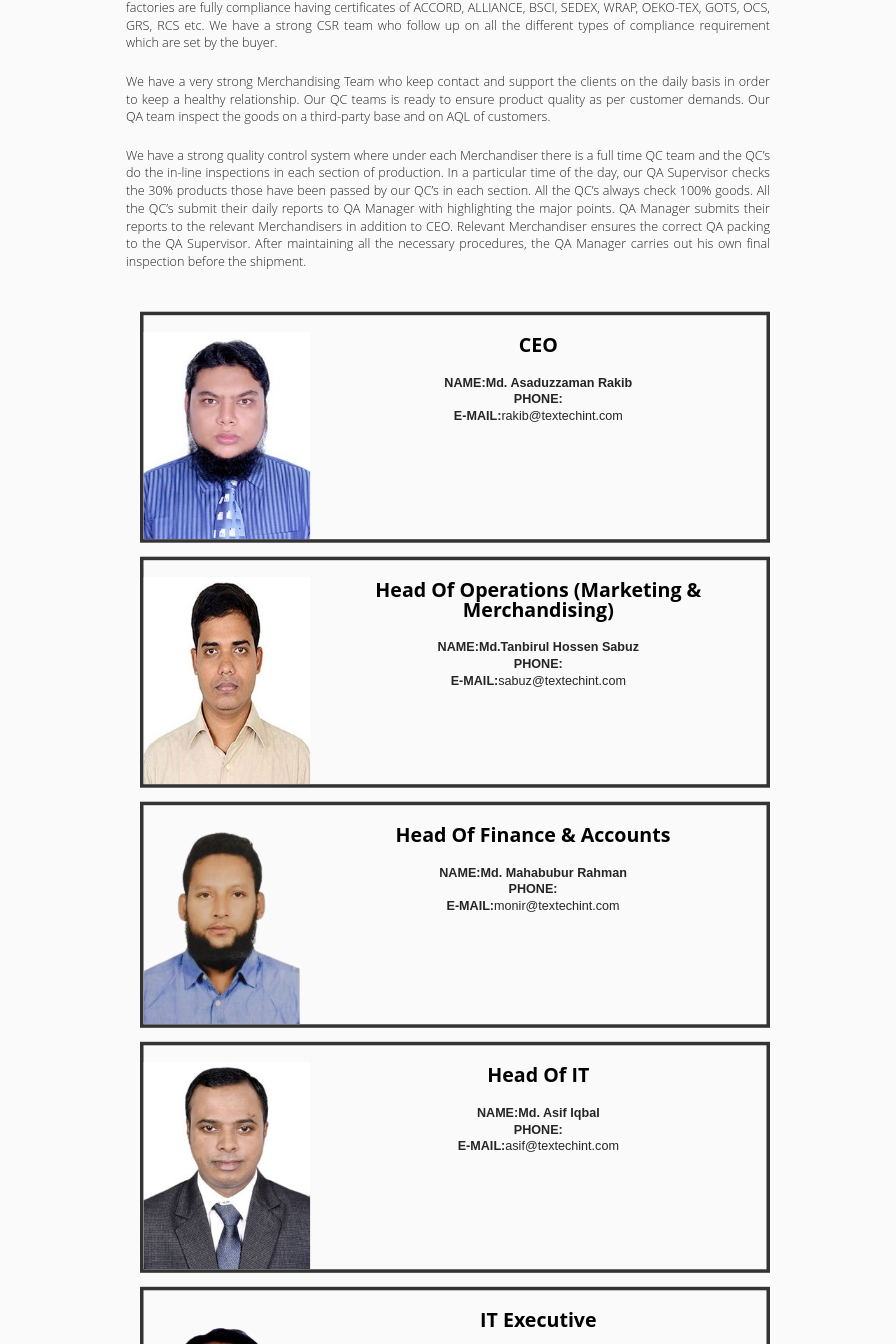
Repository: asifdotpy/textechint
Page: index.html
These files come from the project's save history. The page is drawn as it stood at one moment and after the next save; the edit follows.
The browser window is 1280 px wide. The pictures show the part of the page from y = 526 to 2446 px (the page is 4251 px tall), at 70% of full size.

Above is the page before, as saved 2021-03-02 17:59:35.

### index.html
<!doctype html>
<html>
<head>
	<meta charset="UTF-8">
	<meta name="viewport" content="width=device-width, initial-scale=1.0">
	<title>Home - Tex Tech International</title>
	<link rel="stylesheet" type="text/css" href="css/style.css">
	<link rel="stylesheet" type="text/css" href="css/mobile.css" media="screen and (max-width : 568px)">
	<link rel="shortcut icon" href="/favicon.ico">
	<script type="text/javascript" src="js/mobile.js"></script>
</head>
<body>
	<div id="header">
		<ul id="navigation">
			<li>
				<a href="home.html">home</a>
			</li>
			<li class="selected">
				<a href="index.html">our company</a>
			</li>
			<li>
				<a href="gallery.html">Our Products and services
				</a>
			</li>
			<li>
				<a href="about.html">career opportunity</a>
			</li>
			<li>
				<a href="blog.html">faq</a>
			</li>
			<li>
				<a href="contact.html">contact us</a>
			</li>
		</ul>
	</div>
	<div id="body" style="padding-top: 30px;">
		<div class='intro'>
			<h1>About us</h1>
			<div class="main">
			<p><strong style="color: blue;">Tex Tech International</strong> is working as a Buying & Trading house in the field of RMG, Home Textile, Leather Products, Handicraft Items & other Consumers’ Products in Bangladesh. Our major concern is to play our role as a buying house of our customers. One of our primary responsibilities as a buying house is to assure that the product purchased and released for shipment conforms to be customer’s requirements.</p>
			<p>Our goal is to provide our clients with high-quality products that meet their quality expectations.
				<strong style="color: blue;">Tex Tech International</strong> employs Quality Assurance staff to assist in the selection of manufacturers who manufacture products according to Standards set by our policy, principles, and guidelines.</p>
			<p><strong style="color: blue;">Tex Tech International</strong> is a leading Buyer’s agent / representative and garments exporter in Bangladesh. We have our own sourcing office in China, Italy, Netherlands, Canada & Australia.</p>
			<p>We have 100+ associated factories from where we can assure quality and final products. All the associated factories are fully compliance having certificates of ACCORD, ALLIANCE, BSCI, SEDEX, WRAP, OEKO-TEX, GOTS, OCS, GRS, RCS etc. We have a strong CSR team who follow up on all the different types of compliance requirement which are set by the buyer.</p>
			<p>We have a very strong Merchandising Team who keep contact and support the clients on the daily basis in order to keep a healthy relationship. Our QC teams is ready to ensure product quality as per customer demands. Our QA team inspect the goods on a third-party base and on AQL of customers.</p>
			<p>We have a strong quality control system where under each Merchandiser there is a full time QC team and the QC’s do the in-line inspections in each section of production. In a particular time of the day, our QA Supervisor checks the 30% products those have been passed by our QC’s in each section. All the QC’s always check 100% goods. All the QC’s submit their daily reports to QA Manager with highlighting the major points. QA Manager submits their reports to the relevant Merchandisers in addition to CEO. Relevant Merchandiser ensures the correct QA packing to the QA Supervisor. After maintaining all the necessary procedures, the QA Manager carries out his own final inspection before the shipment.</p>
			</p>
			</div>

		</div>

		<div class='heroes'>
		<ul>
			<div class="post-container">
				<div class="post-thumb"><img src="images/rakib.jpg" /></div>
				<div class="post-content">
					<h3 class="post-title">CEO</h3>
					<p><b>NAME:Md. Asaduzzaman Rakib</b></p>
					<p><b>PHONE:</b></p>
					<p><b>E-MAIL:</b>rakib@textechint.com</p>
			   </div>
			</div>
			<div class="post-container">
				<div class="post-thumb"><img src="images/sabuz.jpg" /></div>
				<div class="post-content">
					<h3 class="post-title">Head Of Operations (Marketing & Merchandising)</h3>
					<p><b>NAME:Md.Tanbirul Hossen Sabuz</b></p>
					<p><b>PHONE:</b></p>
					<p><b>E-MAIL:</b>sabuz@textechint.com</p>
			   </div>
			</div>
			<div class="post-container">
				<div class="post-thumb"><img src="images/monir.jpg" /></div>
				<div class="post-content">
					<h3 class="post-title">Head Of Finance & Accounts</h3>
					<p><b>NAME:Md. Mahabubur Rahman</b></p>
					<p><b>PHONE:</b></p>
					<p><b>E-MAIL:</b>monir@textechint.com</p>
			   </div>
			</div>
			<div class="post-container">
				<div class="post-thumb"><img src="images/asif.jpg" /></div>
				<div class="post-content">
					<h3 class="post-title">Head Of IT</h3>
					<p><b>NAME:Md. Asif Iqbal</b></p>
					<p><b>PHONE:</b></p>
					<p><b>E-MAIL:</b>asif@textechint.com</p>
			   </div>
			</div>
			<div class="post-container">
				<div class="post-thumb"><img src="images/apu.jpg" /></div>
				<div class="post-content">
					<h3 class="post-title">IT Executive</h3>
					<p><b>NAME:Apu Chowdhury</b></p>
					<p><b>PHONE:</b></p>
					<p><b>E-MAIL:</b>apu@textechint.com</p>
			   </div>
			</div>
			<div class="post-container">
				<div class="post-thumb"><img src="images/akib1.jpeg" /></div>
				<div class="post-content">
					<h3 class="post-title">Country Manager - Netherlands 🇳🇱</h3>
					<p><b>NAME:Md. Kamruzzaman Akib</b></p>
					<p><b>PHONE:</b></p>
					<p><b>E-MAIL:</b></p>
			   </div>
			</div>
			<div class="post-container">
				<div class="post-thumb"><img src="images/sayed1.jpg" /></div>
				<div class="post-content">
					<h3 class="post-title">SR. Merchandiser</h3>
					<p><b>NAME:Md. Abu Sayeed</b></p>
					<p><b>PHONE:</b></p>
					<p><b>E-MAIL:</b>syeed@textechint.com</p>
			   </div>
			</div>
			<div class="post-container">
				<div class="post-thumb"><img src="images/khairul.jpg" /></div>
				<div class="post-content">
					<h3 class="post-title">Country Representative- Germany 🇩🇪</h3>
					<p><b>NAME:Md. Khairul Bapari</b></p>
					<p><b>PHONE:</b></p>
					<p><b>E-MAIL:</b></p>
			   </div>
			</div>
			<div class="post-container">
				<div class="post-thumb"><img src="images/billal1.jpg" /></div>
				<div class="post-content">
					<h3 class="post-title">Country Director- Italy 🇮🇹</h3>
					<p><b>NAME:Md. Billal Hussain Liton</b></p>
					<p><b>PHONE:</b></p>
					<p><b>E-MAIL:</b></p>
			   </div>
			</div>
		</ul>
		</div>
	</div>
	<div id="footer">
		<div>
			<p>&copy; Created by Asif and Apu. All rights reserved.</p>
			<ul>
				<li>
					<a href="http://freewebsitetemplates.com/go/twitter/" id="linkedin">linkedin</a>
				</li>
				<li>
					<a href="https://www.facebook.com/textechint" target="_blank" id="facebook">facebook</a>
			</ul>
		</div>
	</div>
</body>
</html>

### css/style.css
@font-face {
	font-family: 'poller_oneregular';
	src: url('../fonts/pollerone/pollerone-webfont.eot');
	src: url('../fonts/pollerone/pollerone-webfont.eot?#iefix') format('embedded-opentype'),
		 url('../fonts/pollerone/pollerone-webfont.woff') format('woff'),
		 url('../fonts/pollerone/pollerone-webfont.ttf') format('truetype'),
		 url('../fonts/pollerone/pollerone-webfont.svg#poller_oneregular') format('svg');
}
@font-face {
	font-family: 'leckerli_oneregular';
	src: url('../fonts/leckerlione/leckerlione-regular-webfont.eot');
	src: url('../fonts/leckerlione/leckerlione-regular-webfont.eot?#iefix') format('embedded-opentype'),
		 url('../fonts/leckerlione/leckerlione-regular-webfont.woff') format('woff'),
		 url('../fonts/leckerlione/leckerlione-regular-webfont.ttf') format('truetype'),
		 url('../fonts/leckerlione/leckerlione-regular-webfont.svg#leckerli_oneregular') format('svg');
}

body {
	background: #fff;
	font-family: Arial, Helvetica, sans-serif;
	font-size: 14px;
	font-weight: normal;
	line-height: 1;
	margin: 0;
	min-width: 960px;
	padding: 0;
}
p {
	color: #252525;
	line-height: 24px;
	margin: 0;
	padding: 0;
}
p a {
	color: #252525;
	text-decoration: underline;
}
p a:hover {
	color: #898989;
}
#header {
	margin: 0 auto;
	padding: 4px 0 50px;
	text-align: center;
	/*width: 960px;*/
}
#header a.logo {
	display: block;
	margin: 0 auto;
	padding: 0;
	width: 340px;
}
#header a.logo img {
	border: 0;
	display: block;
	margin: 0;
	padding: 0;
}
#header ul {
	margin: 0;
	padding: 25px 0 0;
}
#header ul li {
	display: inline;
	list-style: none;
	margin: 0;
	padding: 0 19px;
}
#header ul li a {
	color: #252525;
	display: inline-block;
	font-family: "Arial Black", Gadget, sans-serif;
	font-size: 14px;
	font-weight: normal;
	margin: 0;
	padding: 0 0 3px;
	text-decoration: none;
	text-transform: uppercase;
}
#header ul li a:hover, #header ul li.selected a {
	color: #0ba39c;
}
#body {
	margin: 0;
	padding: 0 0 30px;
	text-align: center;
}
#body h1 {
	color: #fff;
	display: inline;
	font-family: poller_oneregular;
	font-size: 35px;
	font-weight: normal;
	margin: 0;
	padding: 0;
	text-transform: uppercase;
}
#body h1 span {
	background: #252525;
	display: inline-block;
	padding: 15px 28px 12px;
}
#body > div {
	margin: 0 auto;
	padding: 0;
	width: 960px;
}
#body > div img {
	border: 0 auto;
	margin: 24px 0 0;
	padding: 0;
}
#body > div .article {
	margin: 0 auto;
	padding: 30px 30px 0;
	width: 560px;
}
#body > div .article h2 {
	font-family: "Arial Black", Gadget, sans-serif;
	font-size: 25px;
	font-weight: normal;
	margin: 0 0 30px;
}
#body > div .article h3 {
	color: #252525;
	line-height: 24px;
	margin: 0;
	padding: 0;
}
#body > div .article h4 {
	background: #252525;
	color: #fff;
	display: inline-block;
	font-family: "Arial Black", Gadget, sans-serif;
	font-size: 25px;
	font-weight: normal;
	margin: 0 0 30px;
	padding: 8px 27px 10px;
}
#body > div .article p {
	margin: 0 0 30px;
	text-align: justify;
}
#body div div ul {
	margin: 0;
	padding: 24px 10px 0;
	width: 940px;
	list-style-type: none;
}
#body div div ul li {
	border: 2px solid #1a1a1a;
	display: block;
	list-style: none;
	margin: 0 0 13px;
	overflow: hidden;
	padding: 0;
}
#body div ul li .figure {
	border-right: 2px solid #1a1a1a;
	float: left;
	margin: 0;
	padding: 0;
	width: 376px;
}
#body div ul li img {
	border: 0;
	display: block;
	margin: 0;
	padding: 0;
	opacity: 0.8;
	transition: 0.5s ease-in-out;
}
#body div ul li .figure:hover img {
	opacity: 1;
}
#body div ul li div {
	float: left;
	margin: 0;
	padding: 63px 0 20px;
	width: 558px;
}
#body div ul li div h3 {
	color: #252525;
	font-family: "Arial Black", Gadget, sans-serif;
	font-size: 25px;
	font-weight: normal;
	margin: 0;
	padding: 0;
	text-transform: uppercase;
}
#body div ul li div p {
	padding: 30px 30px 18px;
}
#body div ul li div a.more {
	background: #000;
	color: #fff;
	display: inline-block;
	font-family: "Arial Black", Gadget, sans-serif;
	font-size: 18px;
	font-weight: normal;
	margin: 0;
	padding: 8px 28px;
	text-decoration: none;
	text-transform: uppercase;
}
#body div ul li div a.more:hover {
	color: #252525;
	background: #fff;
	border: 2px solid #252525;
}
#body #featured {
	margin: 0 0 13px;
	padding: 0;
	position: relative;
	width: 100%;
}
#body #featured img {
	border: 0;
	display: block;
	margin: 0;
	padding: 0;
	width: 100%;
	height: auto;
}
#body #featured div {
	left: 50%;
	margin-left: -480px;
	margin-top: -171px;
	padding: 0 0 0 470px;
	position: absolute;
	top: 50%;
	text-align: left;
	width: 490px;
}
#body #featured div h2 {
	background: #fff;
	color: #000;
	display: inline-block;
	font-family: poller_oneregular;
	font-size: 20px;
	font-weight: normal;
	margin: 0 0 18px;
	padding: 23px 27px 20px;
	text-transform: uppercase;
}
#body #featured div span {
	background: #252525;
	color: #fff;
	display: inline-block;
	font-size: 20px;
	margin: 7px 0;
	padding: 12px 27px;
}
#body #featured div a {
	background: #0ba39c;
	color: #fff;
	display: inline-block;
	font-size: 16px;
	margin: 15px 0 0;
	padding: 26px 27px 22px;
	text-align: center;
	text-decoration: none;
	text-transform: uppercase;
}
#body #featured div a:hover {
	background: #1fc3bc;
}
#body > ul {
	margin: 0 auto;
	overflow: hidden;
	padding: 24px 0 0;
	width: 960px;
}
#body > ul li {
	display: block;
	float: left;
	margin: 0 10px 20px;
	padding: 0;
	width: 300px;
}
#body > ul li a {
	color: #000;
	display: block;
	font-family: poller_oneregular;
	font-size: 20px;
	font-weight: normal;
	margin: 0;
	padding: 0;
	text-align: center;
	text-decoration: none;
	text-transform: uppercase;
}
#body > ul li a img {
	border: 2px solid #1a1a1a;
	display: block;
	margin: 0;
	padding: 0;
	opacity: .8;
	transition: 0.5s ease-in-out;
}
#body > ul li a:hover img {
	opacity: 1;
}
#body > ul li a span {
	display: block;
	margin: 0;
	padding: 33px 0 0;
}
#body form {
	margin: 0 auto;
	padding: 24px 0 0;
	width: 620px;
}
#body form input, #body form textarea {
	border: 2px solid #252525;
	color: #252525;
	font-family: Arial, Helvetica, sans-serif;
	font-size: 15px;
	font-weight: normal;
	margin: 0 0 37px;
	padding: 20px 10px;
	text-align: center;
	text-transform: uppercase;
	width: 596px;
}
#body form textarea {
	height: 175px;
	overflow: auto;
	resize: none;
}
#body form #send {
	background: #252525;
	color: #fff;
	font-family: "Arial Black", Gadget, sans-serif;
	font-size: 15px;
	font-weight: normal;
	display: inline-block;
	padding: 20px 28px;
	width: auto;
}
#body form #send:hover {
	background: #fff;
	color: #252525;
	cursor: pointer;
}
#footer {
	background: #252525;
	margin: 0;
	padding: 36px 0 42px;
}
#footer div {
	margin: 0 auto;
	overflow: hidden;
	padding: 0;
	width: 960px;
}
#footer div p {
	color: #fff;
	float: left;
	line-height: 44px;
	margin: 0 0 0 10px;
	padding: 0;
}
#footer div ul {
	display: block;
	float: right;
	margin: 0;
	overflow: hidden;
	padding: 0;
	width: 256px;
}
#footer div ul li {
	display: block;
	float: left;
	list-style: none;
	margin: 0 10px;
	padding: 0;
	width: 44px;
}
#footer div ul li a {
	background: url(../images/icons.jpg) no-repeat 0 0;
	display: block;
	height: 44px;
	margin: 0;
	padding: 0;
	text-indent: -99999px;
	width: 44px;
}
#footer div ul li #linkedin {
	background-position: 0 0;
}
#footer div ul li #linkedin:hover {
	background-position: -44px 0;
}
#footer div ul li #facebook {
	background-position: 0 -44px;
}
#footer div ul li #facebook:hover {
	background-position: -44px -44px;
}

div .intro h1 {
	margin: 0px 50px;
	padding: 0px 50px;
	background-color: #0ba39c;
	text-decoration: #1a1a1a;
}

div .intro p {
	margin: 10px;
	padding: 10px;
	font-size: 18px;
	font-family: inherit;
	font-weight: 300;
	line-height: 1.4;
}

div .main {
	font-size: 15px;
}

.post-container {
    margin: 20px 20px 0 0;
    border: 5px solid #333;
    overflow: auto
}
.post-container p {
	font-size: 18px;
	font-family: sans-serif;
	font-weight: 300;
}
.post-thumb {
    float: left;
}
.post-thumb img {
    display: block;
}
.post-content {
    margin-left: 210px
}
.post-title {
    font-weight: bold;
    font-size: 200%
}

div .main {
	text-align: justify;
}

@import url('https://fonts.googleapis.com/css?family=Heebo:400,700|Open+Sans:400,700');

:root {
  --color: #3c3163;
  --transition-time: 0.5s;
}

* {
  box-sizing: border-box;
}

body {
  margin: 0;
  min-height: 100vh;
  font-family: 'Open Sans';
  background: #fafafa;
}

a {
  color: inherit;
}

.cards-wrapper {
  display: grid;
  justify-content: center;
  align-items: center;
  grid-template-columns: 1fr 1fr 1fr;
  grid-gap: 4rem;
  padding: 4rem;
  margin: 0 auto;
  width: max-content;
}

.card {
  font-family: 'Heebo';
  --bg-filter-opacity: 0.5;
  background-image: linear-gradient(rgba(0,0,0,var(--bg-filter-opacity)),rgba(0,0,0,var(--bg-filter-opacity))), var(--bg-img);
  height: 20em;
  width: 15em;
  font-size: 1.5em;
  color: white;
  border-radius: 1em;
  padding: 1em;
  /*margin: 2em;*/
  display: flex;
  align-items: flex-end;
  background-size: cover;
  background-position: center;
  box-shadow: 0 0 5em -1em black;
  transition: all, var(--transition-time);
  position: relative;
  overflow: hidden;
  border: 10px solid #ccc;
  text-decoration: none;
}

.card:hover {
  transform: rotate(0);
}

.card h1 {
  margin: 0;
  font-size: 1.5em;
  line-height: 1.2em;
}

.card p {
  font-size: 0.75em;
  font-family: 'Open Sans';
  margin-top: 0.5em;
  line-height: 2em;
}

.card .tags {
  display: flex;
}

.card .tags .tag {
  font-size: 0.75em;
  background: rgba(255,255,255,0.5);
  border-radius: 0.3rem;
  padding: 0 0.5em;
  margin-right: 0.5em;
  line-height: 1.5em;
  transition: all, var(--transition-time);
  background: red;
}

.card:hover .tags .tag {
  background: var(--color);
  color: white;
}

.card .date {
  position: absolute;
  top: 0;
  right: 0;
  font-size: 0.75em;
  padding: 1em;
  line-height: 1em;
  opacity: .8;
}

.card:before, .card:after {
  content: '';
  transform: scale(0);
  transform-origin: top left;
  border-radius: 50%;
  position: absolute;
  left: -50%;
  top: -50%;
  z-index: -5;
  transition: all, var(--transition-time);
  transition-timing-function: ease-in-out;
}

.card:before {
  background: #ddd;
  width: 250%;
  height: 250%;
}

.card:after {
  background: white;
  width: 200%;
  height: 200%;
}

.card:hover {
  color: var(--color);
}

.card:hover:before, .card:hover:after {
  transform: scale(1);
}

.card-grid-space .num {
  font-size: 3em;
  margin-bottom: 1.2rem;
  margin-left: 1rem;
}

.info {
  font-size: 1.2em;
  display: flex;
  padding: 1em 3em;
  height: 3em;
}

.info img {
  height: 3em;
  margin-right: 0.5em;
}

.info h1 {
  font-size: 1em;
  font-weight: normal;
}

/* MEDIA QUERIES */
@media screen and (max-width: 1285px) {
  .cards-wrapper {
    grid-template-columns: 1fr 1fr;
  }
}

@media screen and (max-width: 900px) {
  .cards-wrapper {
    grid-template-columns: 1fr;
  }
  .info {
    justify-content: center;
  }
  .card-grid-space .num {
    /margin-left: 0;
    /text-align: center;
  }
}

@media screen and (max-width: 500px) {
  .cards-wrapper {
    padding: 4rem 2rem;
  }
  .card {
    max-width: calc(100vw - 4rem);
  }
}

@media screen and (max-width: 450px) {
  .info {
    display: block;
    text-align: center;
  }
  .info h1 {
    margin: 0;
  }
}


section div p {
	color: #1fc3bc;
}

/* -------------------------------------FAQ properties--------------------------------------- */

### js/mobile.js
window.onload = function(){
	var getNavi = document.getElementById('navigation');

	var mobile = document.createElement("span");
	mobile.setAttribute("id","mobile-navigation");
	getNavi.parentNode.insertBefore(mobile,getNavi);

	document.getElementById('mobile-navigation').onclick = function(){
		var a = getNavi.getAttribute('style');
		if(a){
			getNavi.removeAttribute('style');
			document.getElementById('mobile-navigation').style.backgroundImage='url(images/mobile-menu.png)';
		} else {
			getNavi.style.display='block';
			document.getElementById('mobile-navigation').style.backgroundImage='url(images/mobile-close.png)';
		}
	};
	var getElm = getNavi.getElementsByTagName("LI");
	for(var i=0;i<getElm.length;i++){
		if(getElm[i].children.length>1){
			var smenu = document.createElement("span");
			smenu.setAttribute("class","mobile-submenu");
			smenu.setAttribute("OnClick","submenu("+i+")");
			getElm[i].appendChild(smenu);
		};
	};
	submenu = function (i){
		var sub = getElm[i].children[1];
		var b = sub.getAttribute('style');
		if(b){
			sub.removeAttribute('style');
			getElm[i].lastChild.style.backgroundImage='url(images/mobile-expand.png)';
			getElm[i].lastChild.style.backgroundColor='rgba(11, 163, 156, 0.7)';
		} else {
			sub.style.display='block';
			getElm[i].lastChild.style.backgroundImage='url(images/mobile-collapse.png)';
			getElm[i].lastChild.style.backgroundColor='rgba(0,0,0,0.8)';
		}
	};
};

### css/mobile.css
body {
	min-width: 0;
}
#header {
	padding: 20px 0;
	position: relative;
	width: 100%;
}
#header a.logo {
	width: 80%;
}
#header a.logo img {
	width: 100%;
}
#mobile-navigation {
	background: url(../images/mobile-menu.png) no-repeat 0 0;
	display: block;
	height: 50px;
	margin: 30px auto 0;
	padding: 0;
	width: 50px;
}
#header ul {
	border: 1px solid #fff;
	display: none;
	left: 50%;
	margin-left: -45%;
	padding: 0;
	position: absolute;
	width: 90%;
	z-index: 1001;
}
#header ul li {
	border-top: 1px solid #fff;
	display: block;
	margin: 0;
	padding: 0;
	position: relative;
}
#header > ul > li:first-child {
	border: 0;
}
#header ul li a {
	background: rgba(11, 163, 156, 0.9);
	color: #fff;
	display: block;
	font-family: Arial, Helvetica, sans-serif;
	font-size: 16px;
	font-weight: normal;
	height: 49px;
	line-height: 49px;
	padding: 0 15px;
	text-align: left;
}
#header ul li a:hover, #header ul li.selected a {
	background: rgba(0, 0, 0, 0.9);
	color: #fff;
}
#header ul ul {
	display: none;
	border: 0;
	height: auto;
	left: 0;
	margin: 0;
	position: relative;
	width: 100%;
}
#header ul ul li a {
	text-indent: 15px;
}
#header ul li span {
	background: rgba(11, 163, 156, 0.9) url(../images/mobile-expand.png) no-repeat 0 0;
	border-left: 1px solid #fff;
	display: block;
	height: 49px;
	position: absolute;
	right: 0;
	top: 0;
	width: 50px;
}
#body {
	width: 100%;
}
#body h1 {
	display: block;
	font-size: 20px;
	margin: 0 auto;
	width: 90%;
}
#body h1 span {
	display: block;
	padding: 3%;
	width: 94%;
}
#body > div {
	padding: 0 5%;
	width: 90%;
}
#body > div img {
	margin: 24px 0 30px;
	width: 98%
}
#body > div .article {
	padding: 0;
	width: 100%;
}
#body > div .article h2, #body > div .article h4 {
	font-size: 18px;
	font-weight: bold;
}
#body #featured {
	overflow: hidden;
	margin: 0 0 20px
}
#body #featured img {
	min-width: 960px;
}
#body #featured div {
	left: 0;
	margin: 0;
	padding: 0 2%;
	position: absolute;
	top: 0;
	text-align: left;
	width: 96%;
}
#body #featured div h2 {
	font-size: 14px;
	font-weight: normal;
	margin: 50px 0 10px;
	padding: 8px 5px;
}
#body #featured div span {
	display: block;
	font-size: 14px;
	margin: 10px 0;
	padding: 10px;
}
#body #featured div a {
	font-size: 14px;
	margin: 5px 0 0;
	padding: 10px;
}
#body > ul {
	overflow: visible;
	padding: 0 5%;
	width: 90%;
}
#body ul.gallery {
	padding: 5% 0;
	overflow: hidden;
	width: 100%;
}
#body > ul li {
	float: none;
	margin: 0;
	width: 100%;
}
#body ul.gallery li {
	float: left;
	margin: 0 0 5% 5%;
	width: 42%;
}
#body > ul li a img {
	width: 98%;
}
#body > ul li a span {
	padding: 15px 0;
}
#body div ul {
	margin: 0;
	padding: 20px 0 0;
	width: 100%;
}
#body div ul li {
	overflow: visible;
	padding: 0 0 20px;
	width: 99%;
}
#body div ul li .figure {
	border: 0;
	display: block;
	float: none;
	margin: 0 0 20px;
	width: 100%;
}
#body div ul li .figure img {
	width: 100%;
}
#body div ul li div {
	float: none;
	padding: 0;
	width: 100%;
}
#body div ul li div a.more:hover {
	height: 14px;
	line-height: 14px;
}
#body form {
	width: 100%;
}
#body form input, #body form textarea {
	margin: 0 0 20px;
	padding: 10px;
	width: 84%;
}
#body form #send {
	padding: 10px;
}
#footer {
	padding: 10px 0 25px;
}
#footer div {
	overflow: visible;
	width: 100%;
}
#footer div p {
	float: none;
	margin: 0;
	text-align: center;
}
#footer div ul {
	float: none;
	margin: 0 auto;
	width: 256px;
}

#container {
    margin-top: 0;
    margin-bottom: 0;
    margin-left: 0;
    margin-right: 0;
    padding: 2vh;
    text-align: center;
}

After the next save:
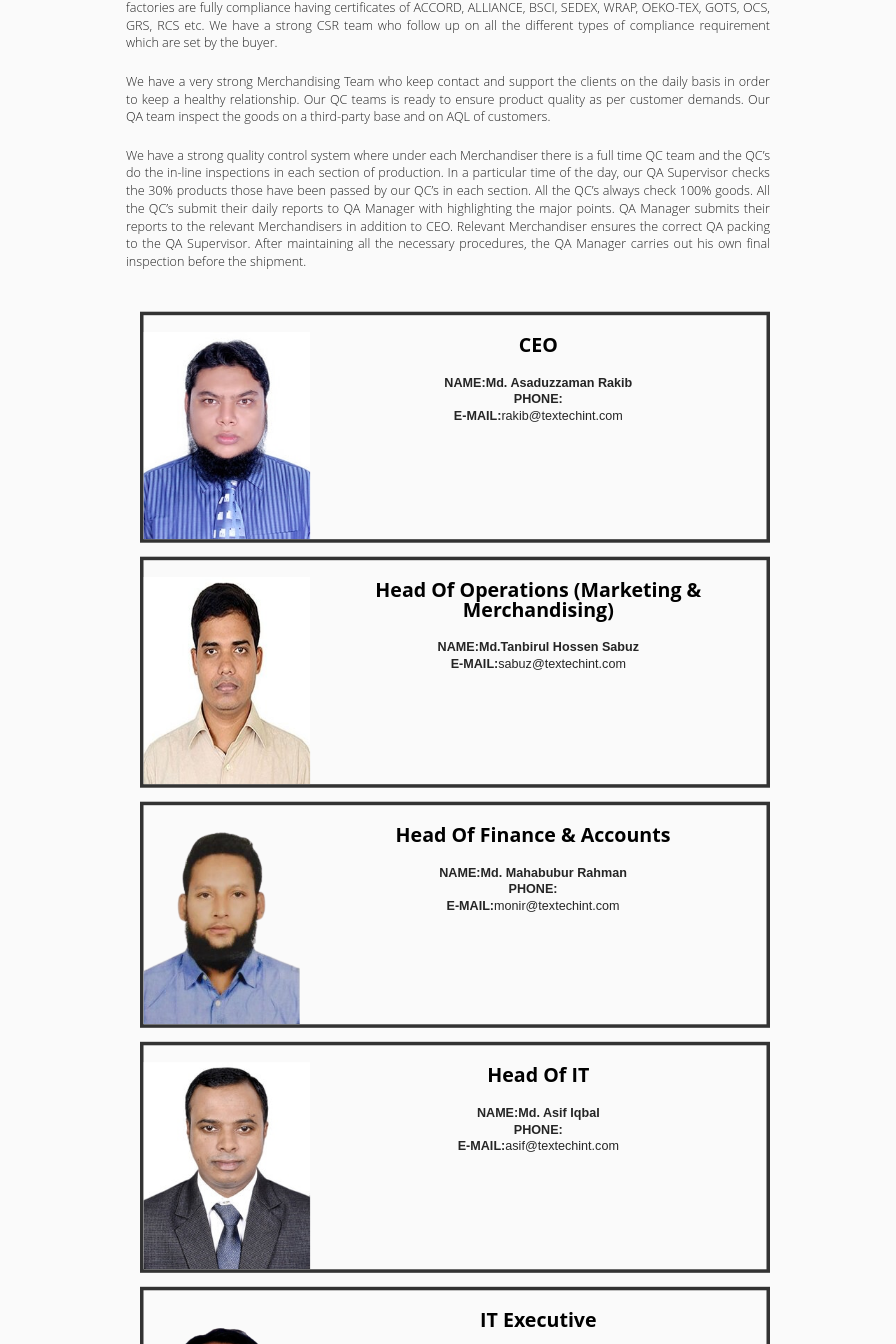
Saved 3 min 11 s later.
--- a/index.html
+++ b/index.html
@@ -65,7 +65,6 @@
 				<div class="post-content">
 					<h3 class="post-title">Head Of Operations (Marketing & Merchandising)</h3>
 					<p><b>NAME:Md.Tanbirul Hossen Sabuz</b></p>
-					<p><b>PHONE:</b></p>
 					<p><b>E-MAIL:</b>sabuz@textechint.com</p>
 			   </div>
 			</div>
